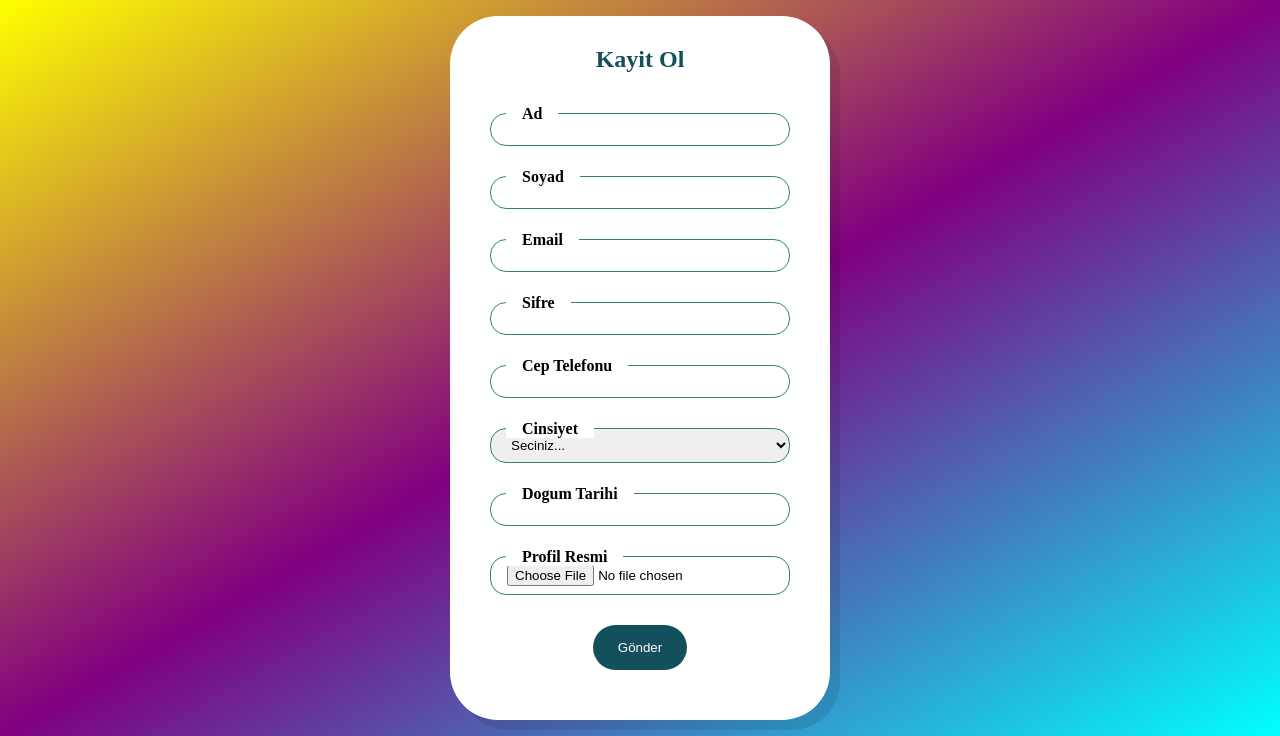
Repository: aenesyvz/web-programming-project
Page: http://localhost/test4/
An editor plug-in stored every save of this project. The page is shown before and after the next save, followed by the edit.
The browser window is 1280 px wide. The pictures show the whole page.
The page is served by Tomcat 9. Other server files are loaded and not shown.

Above is the page before, as saved 2023-05-11 16:37:37.

### test/test4/src/main/webapp/index.jsp
<%@ page language="java" contentType="text/html; charset=ISO-8859-1"
    pageEncoding="ISO-8859-1"%>
<!DOCTYPE html>
<html>
<head>
<meta charset="ISO-8859-1">
<title>Insert title here</title>
 <link rel="stylesheet" href="css/index.css">
</head>
<body>

	<section>
    <div class="container">
       <h2 class="title">Kayit Ol</h2>
        <form class="form" action="helloServlet" method="POST" enctype="multipart/form-data"
							>
                    <div class='formInput'>
                        <div class="form-label">Ad</div>
                        <div class='input-group'>
                            <input class="form__input" id="firstName" name="firstName"  />
                        </div>
                            <p id="firstNameError" style="color: red;position: absolute;margin-bottom: -50px"></p>
                    </div>
                      <div class='formInput'>
                        <div class="form-label">Soyad</div>
                        <div class='input-group'>
                            <input class="form__input" id="lastName" name="lastName" />
                        </div>
                            <p id="lastNameError" style="color: red;position: absolute;margin-bottom: -50px"></p>
                    </div>

                     <div class='formInput'>
                        <div class="form-label">Email</div>
                        <div class='input-group'>
                            <input class="form__input" id="email" name="email" />
                        </div>
                            <p id="emailError" style="color: red;position: absolute;margin-bottom: -50px"></p>
                    </div>

                     <div class='formInput'>
                        <div class="form-label">Sifre</div>
                        <div class='input-group'>
                            <input class="form__input" id="password" name="password" />
                        </div>
                            <p id="passwordError" style="color: red;position: absolute;margin-bottom: -50px"></p>
                    </div>

                    <div class='formInput'>
                        <div class="form-label">Cep Telefonu</div>
                        <div class='input-group'>
                            <input class="form__input" id="phoneNumber" name="phoneNumber" />
                        </div>
                           <p id="phoneNumberError" style="color: red;position: absolute;margin-bottom: -50px"></p>
                    </div>

                     <div class='formInput'>
                        <div class="form-label">Cinsiyet</div>
                        <div class='input-group'>
                            <select name="gender" class="form__input" id="gender" style="padding-right: 5px">
 <option value="-1">Seciniz...</option>
  <option value="Erkek">Erkek</option>
  <option value="Kadin">Kadin</option>
</select>
                        </div>
                           <p id="genderError" style="color: red;position: absolute;margin-bottom: -42px"></p>
                    </div>

                     <div class='formInput'>
                        <div class="form-label">Dogum Tarihi</div>
                        <div class='input-group'>
                            <input class="form__input" id="dateOfBirth" name="dateOfBirth" />
                        </div>
                           <p id="dateOfBirthError" style="color: red;position: absolute;margin-bottom: -50px"></p>
                    </div>

                     <div class='formInput'>
                        <div class="form-label">Profil Resmi</div>
                        <div class='input-group'>
                            <input class="form__input" id="file" name="file"  type="file"/>
                        </div>
                        <p id="imageError" style="color: red;position: absolute;margin-bottom: -50px"></p>
                    </div>
                    <div class="button-submit">
                        <button class="submitButton" type="submit">Gönder</button>
                    </div>
                </form>

    </div>
   </section>


	<script src="https://code.jquery.com/jquery-3.6.0.min.js"></script>
	<script>
		$(document).ready(function(){
			let existsForFirstName = false;
			let existsForLastName = false;
			let existsForEmail = false;
			let existsForGender = false;
			let existsForPassword = false;
			let existsForPhoneNumber = false;
			let existsForDateOfBirth = false;
			let existsForImage = false;


			function isEmpty(input,elementId,errorMessage){
				if(input.trim() === ""){
					$(elementId).html(" * "+errorMessage +" bos gecilemez");
					return true;
				}else{
					$(elementId).html("");
					return false;
				}
			}


			function validateFirstName(){
				let firstName = $("#firstName").val();
				existsForFirstName =  isEmpty(firstName,"#firstNameError","Isim");
			}

			function validateLastName(){
				let lastName = $("#lastName").val();
				existsForLastName = isEmpty(lastName,"#lastNameError","Soyad");
			}

			function validateEmail(){
				let email = $("#email").val();
				existsForEmail = isEmpty(email,"#emailError","Email");
			}

			function validateGender() {
				let gender = $("#gender").val();
				if(gender == -1){
					$("#genderError").html(" * Cinsiyet bos gecilemez");
					existsForGender = true;
				}else{
					$("#genderError").html("");
					existsForGender = false;
				}
			}

			function validatePassword() {
				let password = $("#password").val();
				existsForPassword = isEmpty(password,"#passwordError","Sifre");
			}

			function validateDateOfBirth(){
				let dateOfBirth = $("#dateOfBirth").val();
				existsForDateOfBirth = isEmpty(dateOfBirth,"#dateOfBirthError","Dogum tarih");
			}

			function validatePhoneNumber() {
				let phoneNumber = $("#phoneNumber").val();
				existsForPhoneNumber = isEmpty(phoneNumber,"#phoneNumberError","Telefon numarasi");
			}

			function validateImage() {
				let file = $('#file').val();
				existsForImage = isEmpty(file,"#imageError","Dosya seçmediniz");
			}

			 $(".fd").click(function (e) {
				   	e.preventDefault();
				   	validateFirstName();
				    validateLastName();
				    validateEmail();
				    validateGender();
				    validatePassword();
				    validateDateOfBirth();
				    validatePhoneNumber();
				    validateImage();
				    if (
				    		!existsForFirstName &&
							!existsForLastName &&
							!existsForEmail &&
							!existsForGender &&
							!existsForPassword &&
							!existsForPhoneNumber &&
							!existsForDateOfBirth &&
							!existsForImage
				    ) {
				    	let firstName = $('#firstName').val();
				    	let lastName = $('#lastName').val();
				    	let email = $('#email').val();
				    	let password = $('#password').val();
				    	let gender = $('#gender').val();
				    	let phoneNumber = $('#phoneNumber').val();
				    	let dateOfBirth =$("#dateOfBirth").val();
		                let file = $('#file').prop('files')[0];

		                var formData = new FormData();
		                formData.append('firstName', firstName);
		                formData.append('lastName', lastName);
		                formData.append('email', email);
		                formData.append('password', password);
		                formData.append('phoneNumber', phoneNumber);
		                formData.append('dateOfBirth', dateOfBirth);
		                formData.append('file', file);

// 				    	 $.ajax({
// 			                    type: 'POST',
// 			                    url: '/test4/helloServlet',
// 			                    data: formData,
// 			                    contentType: false,
// 			                    processData: false,
// 			                    success: function(response) {
// 			                        console.log("Calisti");
// 			                    },
// 			                    error: function(xhr, status, error) {
// 			                        console.log("Hata");
// 			                    }
// 			                });
				    } else {
				    	 alert('Hata!');
				    }
				  });
		})
	</script>



</body>
</html>

### test/test4/src/main/webapp/css/index.css
* {
    box-sizing: border-box;
  }

  body {
    overflow-x: hidden;
    min-height: 100vh;
    display:flex;
	justify-content:center;
	align-items:center;
    background:
        linear-gradient(to left top, rgba(0, 255, 255, 1) 0%/*bottom-right color*/, rgba(255, 0, 255, 0.5) 50% /*middle color*/, rgba(255, 255, 0, 1) 100% /*top-left color*/),
        linear-gradient(rgba(0, 0, 0, 1), rgba(0, 0, 0, 1))/*"faked" black background make sure to add last or it will appear before the transparent/colored layer*/;
  }

   img{
    max-width: 100%;
    height: auto;
  }

  .grid{
  	display:grid;
  	grid-template-columns:1fr 1fr;
  }
  .container{
  	display:flex;
	justify-content:center;
	align-items:center;
	flex-direction:column;
	margin:auto;

    padding:20px 10px;
    background-color: #ffffff;
    box-shadow: 10px 10px rgba(0, 0, 0, 0.096);
    border-radius:3rem;
  }

  .container-info{
  display:flex;
	justify-content:center;
	align-items:center;
	flex-direction:column;
	margin:auto;

    padding:20px 10px;
    background-color: #ffffff;
    box-shadow: 10px 10px rgba(0, 0, 0, 0.096);
    border-radius:3rem;
  	width:60rem;
  }

.title{
	display:flex;
	justify-content:center;
	align-items:center;
	margin:10px  auto;
	color: hsl(190, 64%, 22%);
}
.displayImage{
	 display: flex;
    	align-items: center;
    	justify-content: center;

}

.form{
	margin:30px;
}
.formInput{
    display: flex;
    margin-bottom: 30px;
    align-items: center;
    justify-content: space-between;
    position: relative;

}
.form-label{
    padding: 0 1rem;
    background-color: white;
    font-size: 16px;
    font-weight: bold;
    text-transform: capitalize;
    position: absolute;
    z-index: 1;
    left: 1rem;
    top: -.5rem;
    text-align: left;
}

.input-group{
    position: relative;
    margin: auto 0;
}

.form__input{
    width: 300px;
    /* background-color: rgba(203, 201, 201,.9); */
    border: none;
    padding: .5rem 1rem;
    border-radius: 1rem;
    outline: none;
    border:1px solid seagreen;
    border-radius: 1rem;
}

.submitButton{
	display:flex;
	justify-content:center;
	align-items:center;
	padding:15px 25px;
	margin:0 auto;
	background-color:hsl(190, 64%, 22%);
	color:#ffffff;
	border:none;
	border-radius:2rem;
}

After the next save:
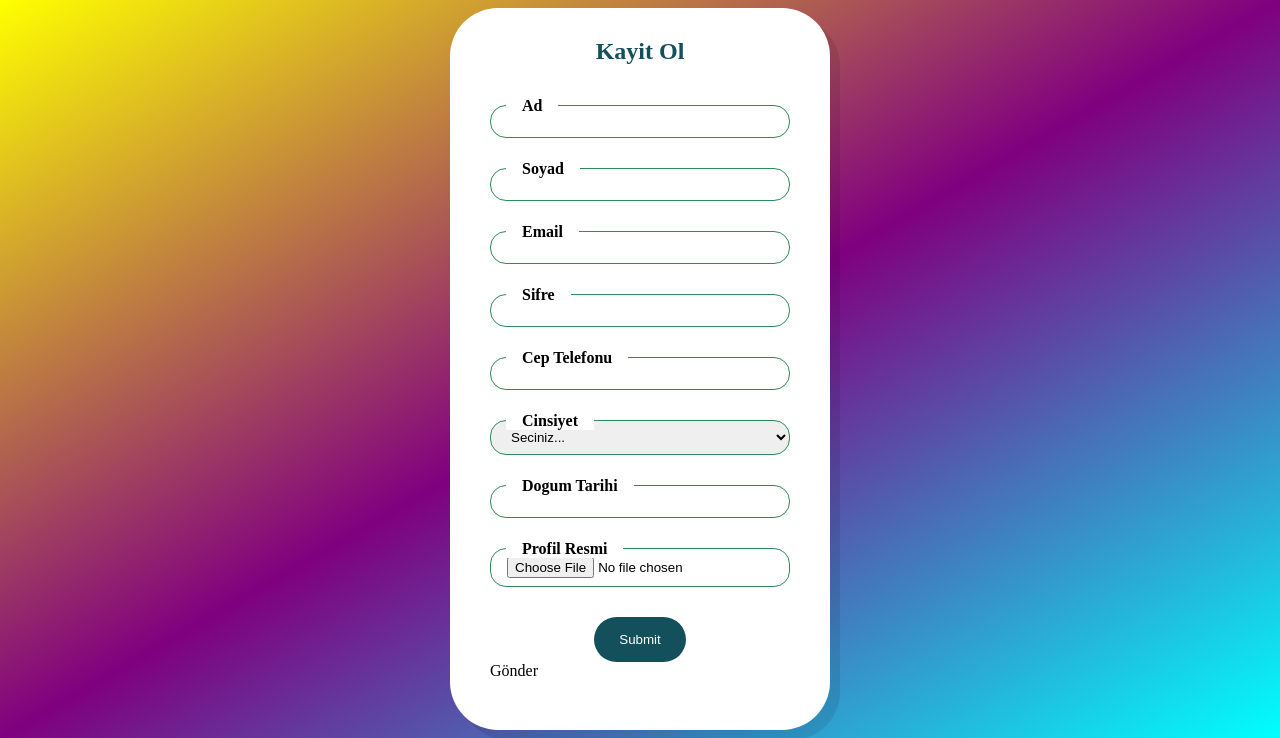
Saved 48 s later.
--- a/test/test4/src/main/webapp/index.jsp
+++ b/test/test4/src/main/webapp/index.jsp
@@ -81,7 +81,7 @@
                         <p id="imageError" style="color: red;position: absolute;margin-bottom: -50px"></p>
                     </div>
                     <div class="button-submit">
-                        <button class="submitButton" type="submit">Gönder</button>
+                        <input class="submitButton" type="submit">Gönder</input>
                     </div>
                 </form>
 

After the 3 saves that followed:
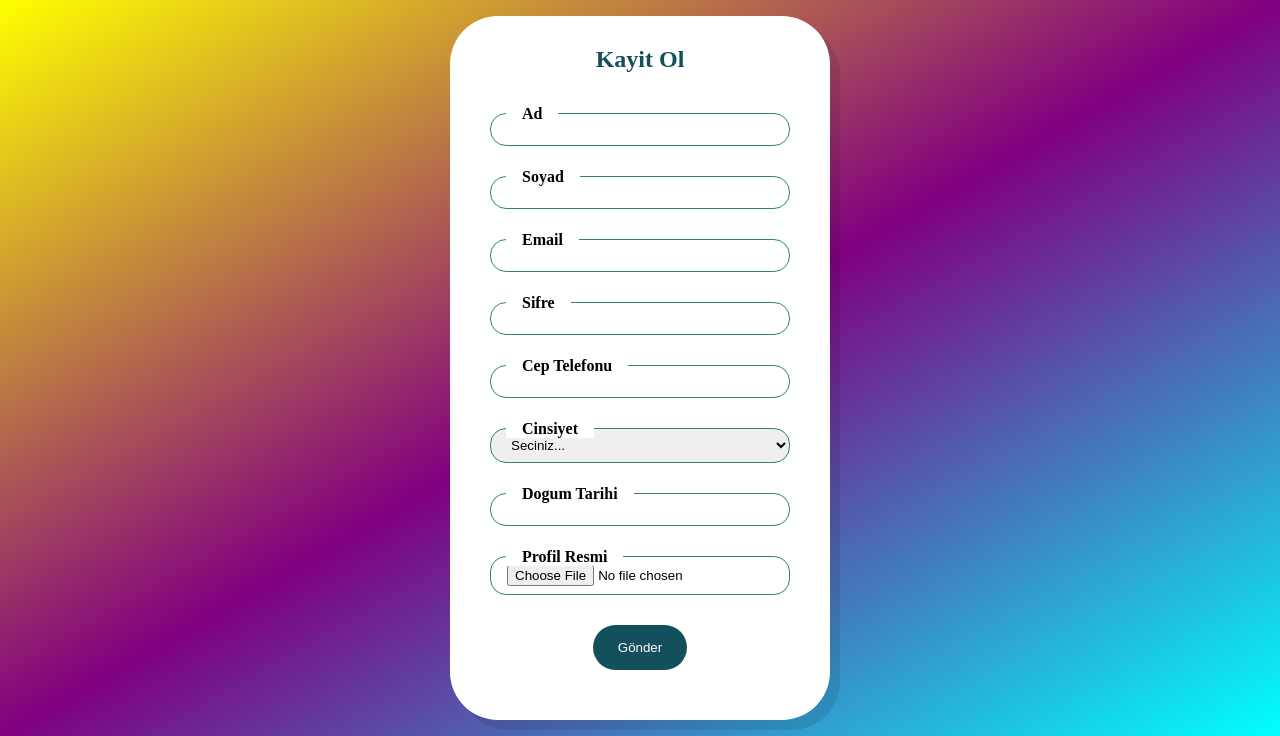
The 3 saves are shown as one change because 2 left the picture as it was.
The last was saved 49 s later.
--- a/test/test4/src/main/webapp/index.jsp
+++ b/test/test4/src/main/webapp/index.jsp
@@ -12,7 +12,7 @@
 	<section>
     <div class="container">
        <h2 class="title">Kayit Ol</h2>
-        <form class="form" action="helloServlet" method="POST" enctype="multipart/form-data"
+        <form class="form"  method="POST" enctype="multipart/form-data"
 							>
                     <div class='formInput'>
                         <div class="form-label">Ad</div>
@@ -81,7 +81,7 @@
                         <p id="imageError" style="color: red;position: absolute;margin-bottom: -50px"></p>
                     </div>
                     <div class="button-submit">
-                        <input class="submitButton" type="submit">Gönder</input>
+                        <input class="submitButton" type="submit" value="Gönder"></input>
                     </div>
                 </form>
 
@@ -197,19 +197,19 @@
 		                formData.append('dateOfBirth', dateOfBirth);
 		                formData.append('file', file);
 
-// 				    	 $.ajax({
-// 			                    type: 'POST',
-// 			                    url: '/test4/helloServlet',
-// 			                    data: formData,
-// 			                    contentType: false,
-// 			                    processData: false,
-// 			                    success: function(response) {
-// 			                        console.log("Calisti");
-// 			                    },
-// 			                    error: function(xhr, status, error) {
-// 			                        console.log("Hata");
-// 			                    }
-// 			                });
+				    	 $.ajax({
+			                    type: 'POST',
+			                    url: '/test4/helloServlet',
+			                    data: formData,
+			                    contentType: false,
+			                    processData: false,
+			                    success: function(response) {
+			                        console.log("Calisti");
+			                    },
+			                    error: function(xhr, status, error) {
+			                        console.log("Hata");
+			                    }
+			                });
 				    } else {
 				    	 alert('Hata!');
 				    }
